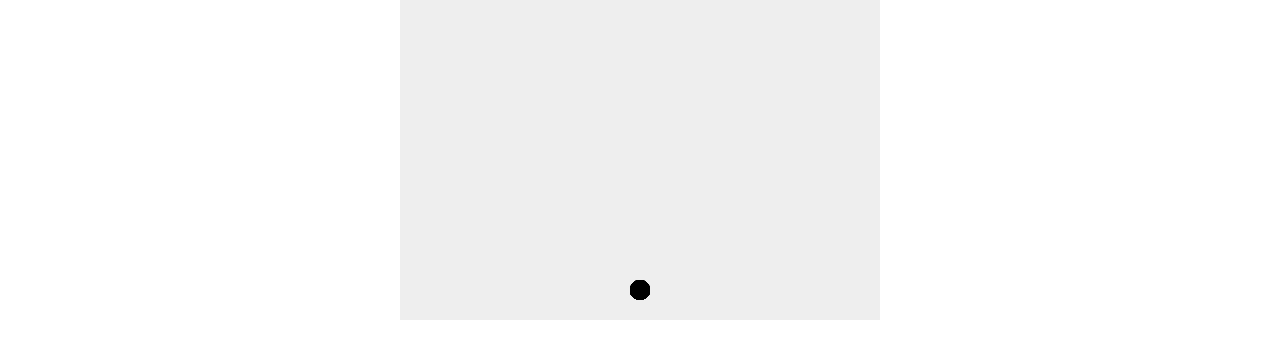
Repository: GoodHoneyCake/2D_breakout_game
Page: index.html
An editor plug-in stored every save of this project. The page is shown before and after the next save, followed by the edit.
The browser window is 1280 px wide. The pictures show the whole page.

Above is the page before, as saved 2020-12-26 16:39:51.
Console error: TypeError: ctx.colosePath is not a function

After the next save:
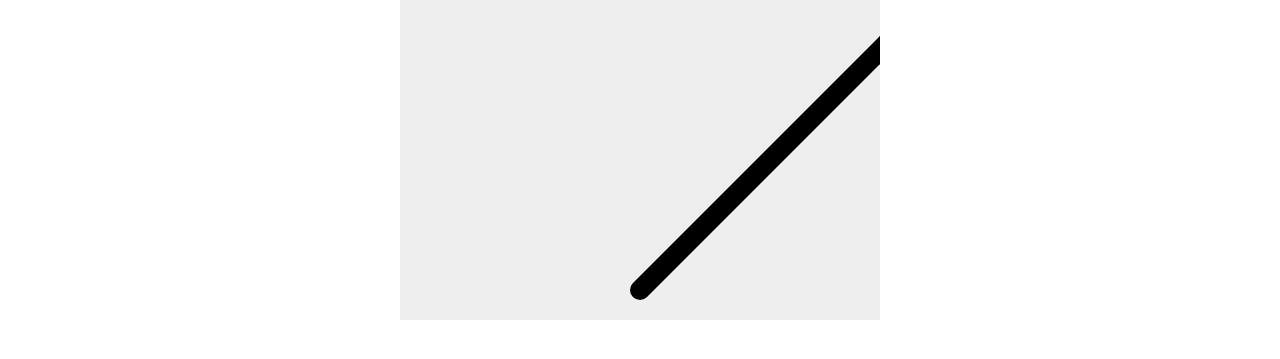
The error is gone.
Saved 56 s later.
--- a/main.js
+++ b/main.js
@@ -12,7 +12,7 @@
   ctx.arc(x, y, 10, 0, Math.PI * 2);
   ctx.fillstyle = "#0095DD";
   ctx.fill();
-  ctx.colosePath();
+  ctx.closePath();
   x += dx;
   y += dy;
 }
